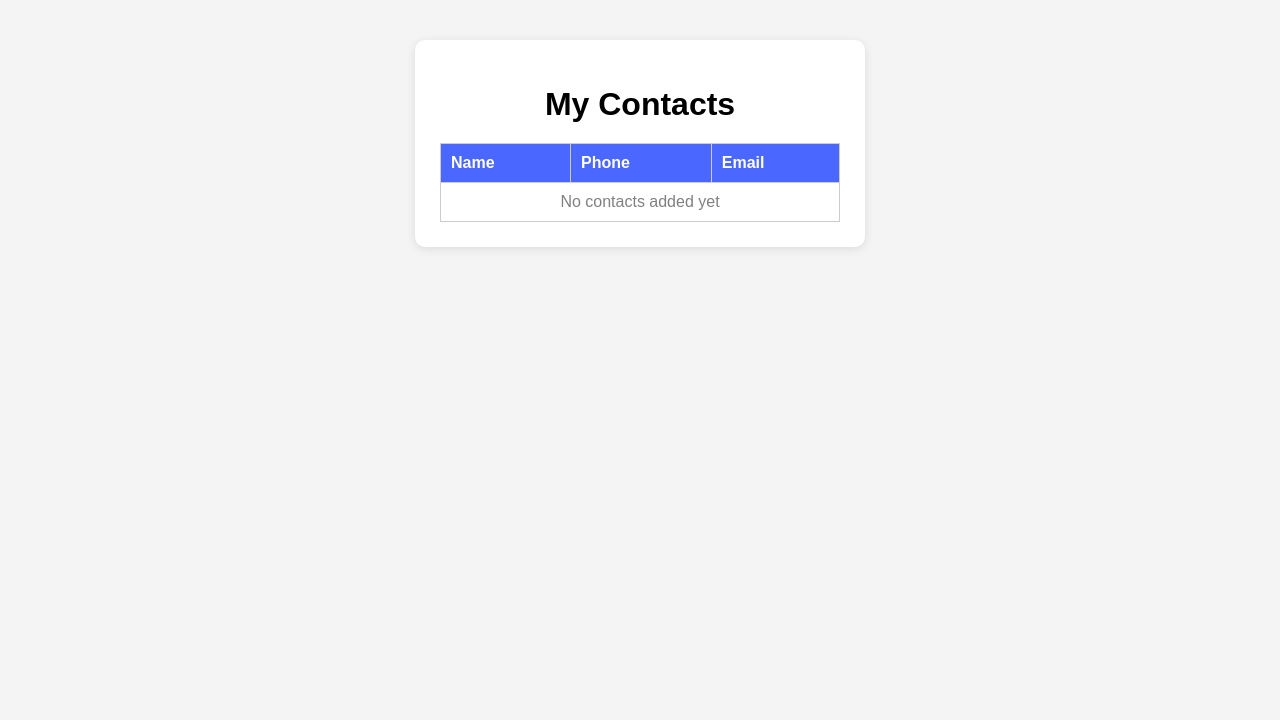
Repository: Slyadavkir/wipro-projects
Page: http://localhost/ContactManager/contacts.jsp
An editor plug-in stored every save of this project. The page is shown before and after the next save, followed by the edit.
The browser window is 1280 px wide. The pictures show the whole page.
The page is served by Tomcat 9. Other server files are loaded and not shown.

Above is the page before, as saved 2026-05-10 11:59:42.

### ContactManager/src/main/webapp/contacts.jsp
<%@ page import="java.util.List" %>
<%@ page import="com.contactmanager.model.Contact" %>

<!DOCTYPE html>
<html>
<head>

    <title>Contact Manager</title>

    <meta charset="UTF-8">

    <meta name="viewport"
          content="width=device-width, initial-scale=1.0">

    <link rel="stylesheet"
          href="${pageContext.request.contextPath}/css/style.css">

</head>

<body>

<div class="contact-card">

    <h1>My Contacts</h1>

    <div class="table-container">

        <table>

            <thead>

            <tr>

                <th>Name</th>
                <th>Phone</th>
                <th>Email</th>

            </tr>

            </thead>

            <tbody>

            <%

                List<Contact> contacts =
                        (List<Contact>)
                                session.getAttribute("contacts");

                if(contacts!=null &&
                        !contacts.isEmpty()){

                    for(Contact c : contacts){

            %>

            <tr>

                <td><%= c.getName() %></td>
                <td><%= c.getPhone() %></td>
                <td><%= c.getEmail() %></td>

            </tr>

            <%
                    }

                }else{
            %>

            <tr>

                <td colspan="3"
                    class="empty-msg">

                    No contacts added yet

                </td>

            </tr>

            <%
                }
            %>

            </tbody>

        </table>

    </div>

</div>

</body>
</html>

### ContactManager/src/main/webapp/css/style.css
body{
    font-family: Arial, sans-serif;
    background:#f4f4f4;
    margin:0;
    padding:40px;
}

.contact-card{
    width:400px;
    margin:auto;
    background:white;
    padding:25px;
    border-radius:10px;
    box-shadow:0 2px 10px rgba(0,0,0,0.1);
}

h1{
    text-align:center;
    margin-bottom:20px;
}

.subtitle{
    text-align:center;
    color:gray;
    margin-bottom:20px;
}

.form-container{
    margin-top:20px;
}

.input-group{
    margin-bottom:15px;
}

.input-group label{
    display:block;
    margin-bottom:5px;
}

input{
    width:100%;
    padding:10px;
    border:1px solid #ccc;
    border-radius:5px;
    box-sizing:border-box;
}

.add-btn,
.save-btn{
    width:100%;
    padding:10px;
    border:none;
    background:#4a67ff;
    color:white;
    border-radius:5px;
    cursor:pointer;
    margin-top:10px;
}

.add-btn:hover,
.save-btn:hover{
    background:#3451db;
}

.table-container{
    margin-top:20px;
}

table{
    width:100%;
    border-collapse:collapse;
}

table th,
table td{
    border:1px solid #ccc;
    padding:10px;
    text-align:left;
}

table th{
    background:#4a67ff;
    color:white;
}

.empty-msg{
    text-align:center;
    color:gray;
}

After the next save:
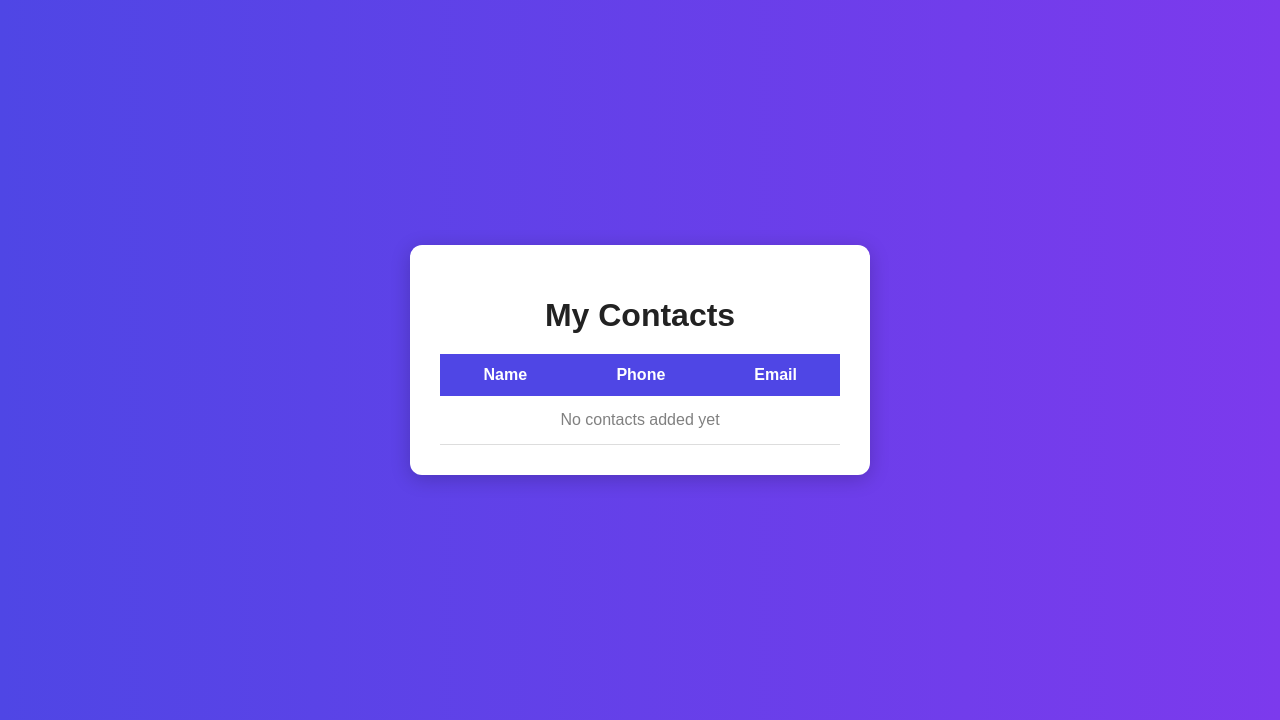
Saved 91 s later.
--- a/ContactManager/src/main/webapp/css/style.css
+++ b/ContactManager/src/main/webapp/css/style.css
@@ -1,28 +1,32 @@
 body{
-    font-family: Arial, sans-serif;
-    background:#f4f4f4;
     margin:0;
-    padding:40px;
+    padding:0;
+    font-family:Arial, sans-serif;
+    background:linear-gradient(to right,#4f46e5,#7c3aed);
+    height:100vh;
+    display:flex;
+    justify-content:center;
+    align-items:center;
 }
 
 .contact-card{
     width:400px;
-    margin:auto;
-    background:white;
-    padding:25px;
-    border-radius:10px;
-    box-shadow:0 2px 10px rgba(0,0,0,0.1);
+    background:#fff;
+    padding:30px;
+    border-radius:12px;
+    box-shadow:0 4px 20px rgba(0,0,0,0.2);
 }
 
 h1{
     text-align:center;
-    margin-bottom:20px;
+    color:#222;
+    margin-bottom:10px;
 }
 
 .subtitle{
     text-align:center;
-    color:gray;
-    margin-bottom:20px;
+    color:#666;
+    margin-bottom:25px;
 }
 
 .form-container{
@@ -30,37 +34,46 @@ h1{
 }
 
 .input-group{
-    margin-bottom:15px;
+    margin-bottom:18px;
 }
 
 .input-group label{
     display:block;
-    margin-bottom:5px;
+    margin-bottom:6px;
+    font-weight:bold;
+    color:#333;
 }
 
-input{
+.input-group input{
     width:100%;
-    padding:10px;
+    padding:12px;
     border:1px solid #ccc;
-    border-radius:5px;
+    border-radius:6px;
+    font-size:14px;
     box-sizing:border-box;
+}
+
+.input-group input:focus{
+    outline:none;
+    border-color:#4f46e5;
 }
 
 .add-btn,
 .save-btn{
     width:100%;
-    padding:10px;
+    padding:12px;
     border:none;
-    background:#4a67ff;
+    border-radius:6px;
+    background:#4f46e5;
     color:white;
-    border-radius:5px;
+    font-size:15px;
     cursor:pointer;
-    margin-top:10px;
+    transition:0.3s;
 }
 
 .add-btn:hover,
 .save-btn:hover{
-    background:#3451db;
+    background:#3730a3;
 }
 
 .table-container{
@@ -72,19 +85,23 @@ table{
     border-collapse:collapse;
 }
 
-table th,
-table td{
-    border:1px solid #ccc;
-    padding:10px;
-    text-align:left;
+table th{
+    background:#4f46e5;
+    color:white;
+    padding:12px;
 }
 
-table th{
-    background:#4a67ff;
-    color:white;
+table td{
+    padding:12px;
+    border-bottom:1px solid #ddd;
+}
+
+table tr:hover{
+    background:#f5f5f5;
 }
 
 .empty-msg{
     text-align:center;
     color:gray;
+    padding:15px;
 }
